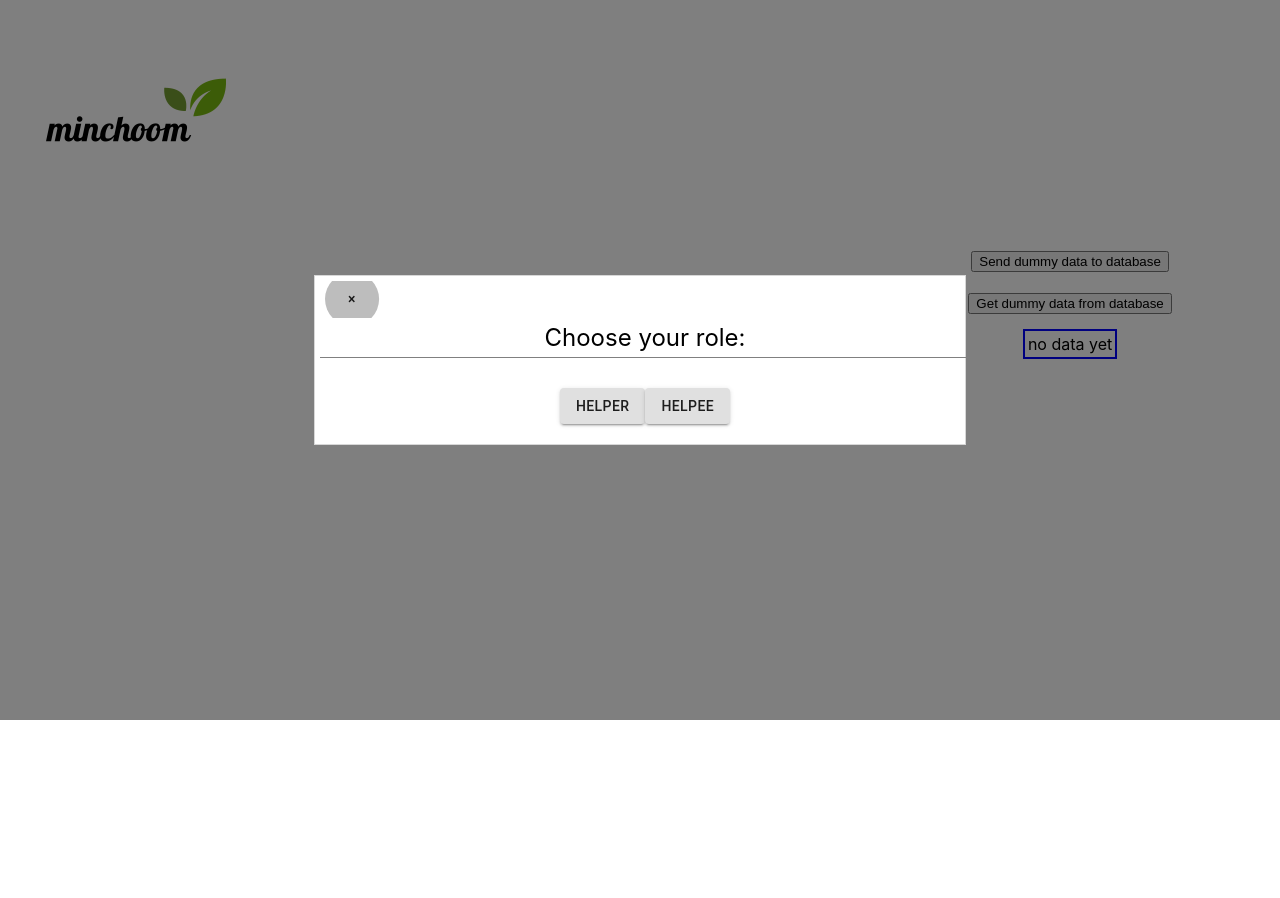
Repository: jeongeonp/MinChoAvengers
Page: / (app in minchoom/)
An editor plug-in stored every save of this project. The page is shown before and after the next save, followed by the edit.
The browser window is 1280 px wide. The pictures show the whole page.
The project was rebuilt for these pictures with package versions that can differ from the ones it lists, and the page was loaded fresh each time.

Above is the page before, as saved 2020-11-19 17:03:07.

### minchoom/src/App.js
import React, { Component } from 'react';
import { BrowserRouter as Router, Route } from 'react-router-dom';
import Home from './components/Home'



class App extends Component {
  constructor(props) {
    super(props);
  }
  render() {

    return (
      <Router>
          <Route exact path="/" component={Home}></Route>
      </Router>
    );
  }
}

export default App;

### minchoom/src/components/Home.js
import React, { Component } from 'react';
import ReactPlayer from 'react-player'
import { Header, Input, Form, Button, Progress, Dimmer, Loader } from 'semantic-ui-react';
import '../App.css';
import logo from'../minchoom-logo.png';
import Chat from './Chat';
import Modal from './Modal';

const databaseURL = "https://minchoom-cs473.firebaseio.com/";

class Home extends Component {
    constructor(props) {
        super(props);
        this.state = {
            playing: false,
            playbackRate: 1.0,
            modalOpen: true,
            dummyData: "no data yet",
        }
        this.sendData = this.sendData.bind(this);
        this.getData = this.getData.bind(this);
        this.closeModal = this.closeModal.bind(this);
    }

    sendData = () => {
        const sampleString = "Sent at " + new Date() + "- last dummy data from firebase."
        const sampleDict = {text: "Sent at " + new Date() + "- last dummy data from firebase."}
        return fetch( `${databaseURL+'/dummyData'}/.json`, {
            method: 'PATCH',
            body: JSON.stringify(sampleDict)
        }).then(res => {
            if (res.status !== 200) {
                throw new Error(res.statusText);
            }
            return res.json();
        }).then(() => {
            console.log("Dummy data succesfully sent!")
        })
    }

    getData = () => {
        fetch( `${databaseURL+'/dummyData'}/.json`).then(res => {
            if (res.status !== 200) {
                throw new Error(res.statusText);
            }
            return res.json();
        }).then(res => {
            const keys = Object.keys(res)
            console.log(res)
            this.setState({
                dummyData: res["text"],
            })
        })
    }

    closeModal(){
        this.setState({modalOpen: false})
      }

    render() {
        const { } = this.props;
        const {playing, playbackRate, dummyData, modalOpen} = this.state;
        const { sendData, getData } = this;
        return (
            <div className="Home">
                <div className="header-bar">
                    <div className="header-title">
                        <img src={logo} alt="fireSpot"/>
                    {/*
                    <Header as="h1">
                        Minchoom 🌿
                    </Header>
                    */}
                    </div>
                </div>
                <div className="main-page">
                <div className="split-left"  tabIndex="1">
                    <div className="main-video">
                    <ReactPlayer ref={this.ref} playing={playing}
                    playbackRate={playbackRate} id="video"  width="100%" height="100%" controls url = {'https://www.youtube.com/watch?v=rj_YjNakQ5k'} onPause={this._onPause}
                    onPlay={this._onPlay}
                    onReady={this._onReady}
                    onProgress={this.handleProgress}
                    onDuration={this.handleDuration}
                    onSeek={this._onSeek}>
                    </ReactPlayer>
                    </div>
                </div>
                <div className="split-right" >
                    <Chat>

                    </Chat>
                    <button type="button" onClick={sendData}>Send dummy data to database</button> <br/> <br/>
                    <button type="button" onClick={getData}>Get dummy data from database</button> <br/> <br/>
                    { dummyData
                        ?
                        <span style={{border: "2px solid blue", padding: "3px", margin: "3px"}}>{dummyData}</span>
                        :
                        <span> no data yet</span>
                    }
                </div>
                </div>
                <Modal open={modalOpen} closeModal={this.closeModal}></Modal>
            </div>
        )
    }
}
export default Home;

### minchoom/src/App.css

.Home {
  text-align: center;
  height: 100vh;
}
.header-title {
  margin: 10px 10px;
}

.header-bar{
  justify-content: left;
  display: grid;
  margin-left: 2%;
  grid-auto-flow: column dense;
}


.main-page {
  width: 100%;
  height: 90%;
  display: flex;
}

.split-left {
  width: 70%;
  height: 100%;
  margin-left: 2%;
  margin-top: 2%;
  overflow-x: hidden;
  overflow-y: hidden;
  left: 0;
}
.split-right {
  width: 30%;
  height: 100%;
  margin-right: 2%;
  margin-top: 2%;
  overflow-x: hidden;
  overflow-y: hidden;
  right: 0;
}
.main-video {
  /* top: 10%; */
  width: 90%;
  height: 70%;

}

.modal {
  font-size: 17px;
}
.modal > .header {
  width: 100%;
  border-bottom: 1px solid gray;
  font-size: 24px;
  text-align: center;
  padding: 5px;
}
.modal > .content {
  width: 100%;
  padding: 10px 5px 10px;
  text-align: center;
  font-size: 20px;
}
.modal > .actions {
  width: 100%;
  padding: 10px 5px 15px;
  margin: auto;
  text-align: center;

}
.button{
  margin: 5px;
}


@keyframes App-logo-spin {
  from {
    transform: rotate(0deg);
  }
  to {
    transform: rotate(360deg);
  }
}

### minchoom/src/components/Chat.js
import React from "react";
import Popup from "reactjs-popup";
import '../App.css';

export default class Chat extends React.Component {
    constructor(props) {
        super(props);
        this.state = {

          };
      }




    render() {

       return null;

    }};

### minchoom/src/components/Modal.js
import React from "react";
import Popup from "reactjs-popup";
import '../App.css';
import 'reactjs-popup/dist/index.css';
import Button from '@material-ui/core/Button';

export default class Modal extends React.Component {
    constructor(props) {
        super(props);
        this.state = {

          };
      }


      handleChange(event) {
        this.setState({input: event.target.value});
      }

      handleSubmit(event, close) {

        return false;
      }



    render() {
        const { open, closeModal, } = this.props;
        return (
            <Popup  open={open} position="top center" >
              {close => (
                <div className="modal">
                  <Button className="close"  onClick={close}>
                    &times;
                  </Button>
                  <div className="header"> Choose your role: </div>
                  <div className="content">
                  {" "}
                  </div>
                  <div className="actions">
                  <Button className="button" variant="contained" onClick={() => { console.log("modal closed "); closeModal();
                      //send to server
                    }}>
                      Helper
                  </Button>
                  <Button className="button" variant="contained" onClick={() => { console.log("modal closed "); closeModal();
                      //send to server
                    }}>
                      Helpee
                  </Button>
                  </div>
                </div>
              )}

            </Popup>
        )
    }};

Loaded but not shown: minchoom/public/index.html (common file); minchoom/src/index.js (common file); minchoom/src/index.css (common file); minchoom/src/reportWebVitals.js (common file)

After the next save:
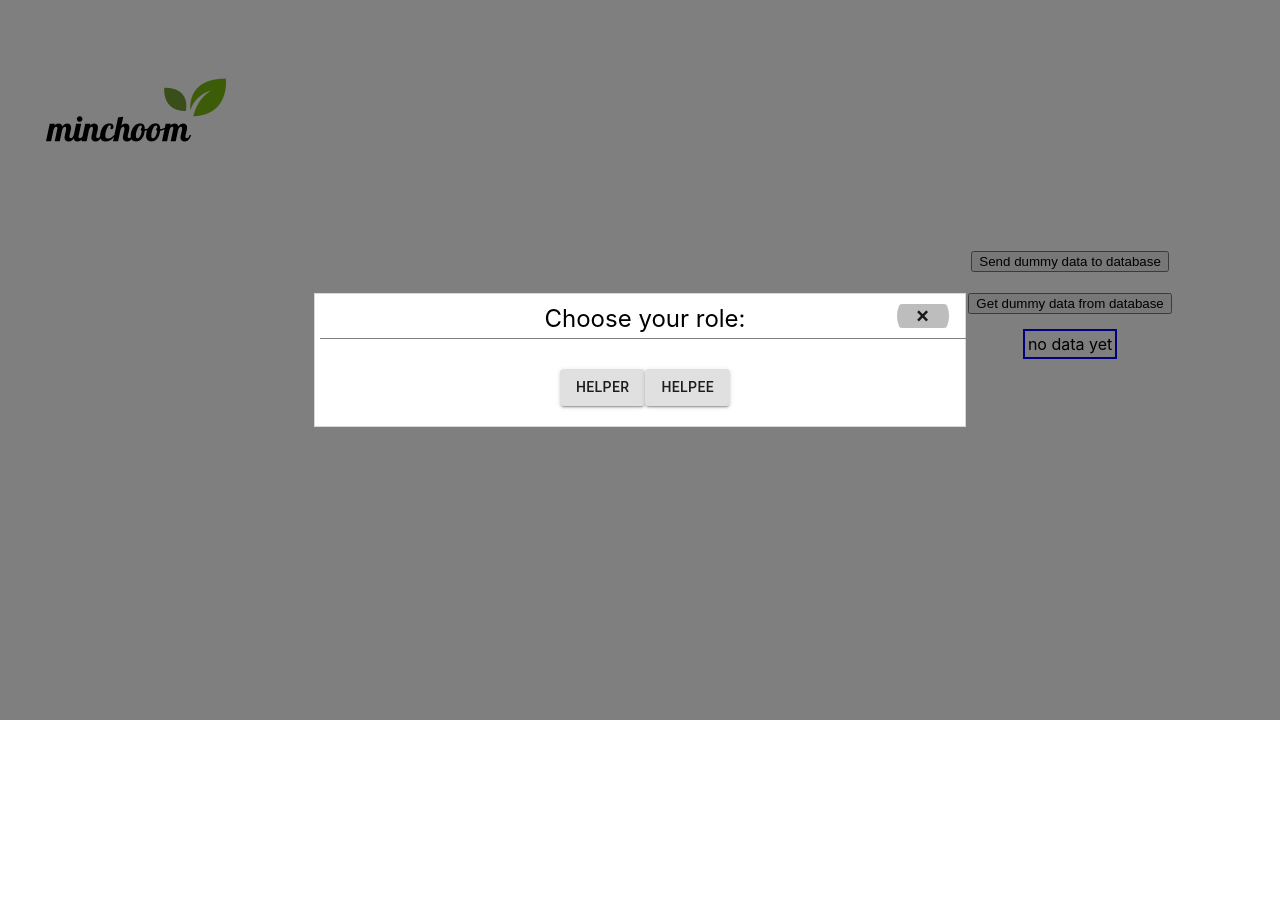
Saved 5 s later.
--- a/minchoom/src/App.css
+++ b/minchoom/src/App.css
@@ -69,6 +69,19 @@
   text-align: center;
 
 }
+.modal > .close {
+  cursor: pointer;
+  position: absolute;
+  display: block;
+  padding: 2px 5px;
+  line-height: 20px;
+  right: 10px;
+  top: 10px;
+  font-size: 24px;
+  border-radius: 18px;
+  border: none;
+}
+
 .button{
   margin: 5px;
 }
